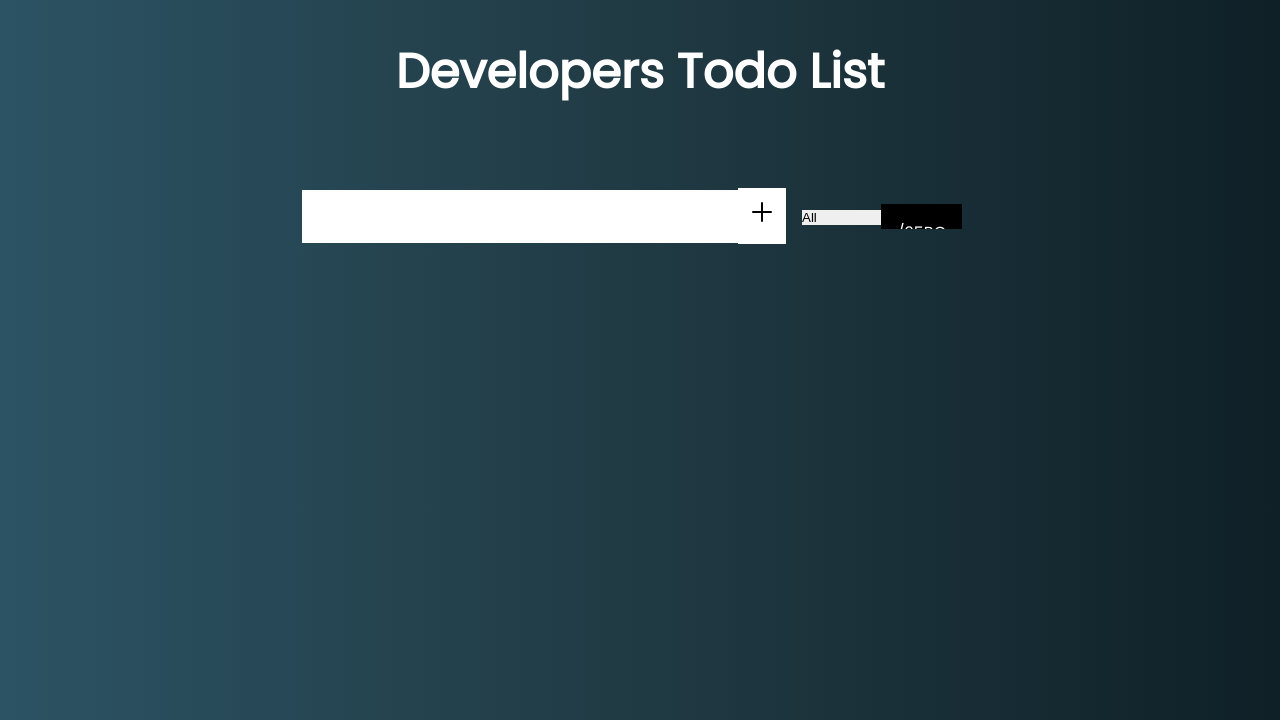
Repository: DevAntonioRogers/Vanilla-TodoList
Page: index.html
The author's editor kept a copy of each file at every save. The page is drawn from the files as they stood at one save, then again after the next save.
The browser window is 1280 px wide. The pictures show the whole page.

Above is the page before, as saved 2023-05-12 01:14:54.

### index.html
<!DOCTYPE html>
<html lang="en">
  <head>
    <meta charset="UTF-8" />
    <meta http-equiv="X-UA-Compatible" content="IE=edge" />
    <meta name="viewport" content="width=device-width, initial-scale=1.0" />
    <link rel="preconnect" href="https://fonts.googleapis.com" />
    <link rel="preconnect" href="https://fonts.gstatic.com" crossorigin />
    <link href="https://fonts.googleapis.com/css2?family=Poppins&display=swap" rel="stylesheet" />
    <link rel="stylesheet" href="style.css" />
    <title>To-do</title>
  </head>
  <body>
    <header>
      <h1>Developers Todo List</h1>
    </header>
    <form action="">
      <input type="text" class="todo-input" />
      <button class="todo-button">
        <ion-icon name="add-outline"></ion-icon>
      </button>
      <div class="select">
        <select name="todos" class="filter-todo">
          <option value="all">All</option>
          <option value="completed">Completed</option>
          <option value="uncompleted">Uncompleted</option>
        </select>
      </div>
    </form>

    <div class="todo-container">
      <ul class="todo-list"></ul>
    </div>

    <script type="module" src="https://unpkg.com/ionicons@7.1.0/dist/ionicons/ionicons.esm.js"></script>
    <script nomodule src="https://unpkg.com/ionicons@7.1.0/dist/ionicons/ionicons.js"></script>
    <script src="app.js"></script>
  </body>
</html>

### style.css
* {
  padding: 0;
  box-sizing: border-box;
  margin: 0;
}

body {
  background: #0f2027;
  background: -webkit-linear-gradient(to right, #2c5364, #203a43, #0f2027);
  background: linear-gradient(to right, #2c5364, #203a43, #0f2027);
  color: white;
  font-family: "Poppins", sans-serif;
  min-height: 100vh;
}

header {
  font-size: 1.5rem;
}

header,
form {
  min-height: 20vh;
  display: flex;
  align-items: center;
  justify-content: center;
}

form input,
form button {
  padding: 0.5rem;
  font-size: 2rem;
  background-color: white;
  border: none;
}

form button {
  color: black;
  cursor: pointer;
  background-color: white;
}

.todo-container {
  display: flex;
  justify-content: center;
  align-items: center;
}

.todo-list {
  min-width: 30%;
  list-style: none;
}

.todo {
  margin: 0.5rem;
  background-color: white;
  color: black;
  font-size: 1.5rem;
  display: flex;
  justify-content: space-between;
  align-items: center;
  transition: all 0.5s ease;
}

.todo li {
  flex: 1;
}

.delete-btn,
.complete-btn {
  background-color: rgb(63, 62, 62);
  color: white;
  border: none;
  padding: 1rem;
  cursor: pointer;
  font-size: 1rem;
}

.complete-btn {
  background-color: rgb(57, 127, 57);
}

.todo-item {
  padding: 0rem 0.5rem;
}

.completed {
  text-decoration: line-through;
  opacity: 0.5;
}

.fall {
  transform: translateY(8rem) rotateZ(20deg);
  opacity: 0;
}

select {
  appearance: none;
  outline: none;
  border: none;
}

.select {
  margin: 1rem;
  position: relative;
  overflow: hidden;
}

select {
  color: black;
  width: 10rem;
  cursor: pointer;
}

.select::after {
  content: "/25BC";
  position: absolute;
  background-color: black;
  top: 0;
  right: 0;
  padding: 1rem;
  pointer-events: none;
}

### app.js
const todoInput = document.querySelector('.todo-input')
const todoButton = document.querySelector('.todo-button')
const todoList = document.querySelector('.todo-list')


todoButton.addEventListener('click', (e) => {
  e.preventDefault()
  const todoDiv = document.createElement('div')
  todoDiv.classList.add('todo')
  const newTodo = document.createElement('li')
  newTodo.innerText = todoInput.value
  newTodo.classList.add('todo-item')
  todoDiv.appendChild(newTodo)
  console.log(newTodo)

  const completedButton = document.createElement('button')
  completedButton.innerHTML = '<ion-icon name="checkmark-outline"></ion-icon>'
  completedButton.classList.add('complete-btn')
  todoDiv.appendChild(completedButton)

  const deleteButton = document.createElement('button')
  deleteButton.innerHTML = '<ion-icon name="close-outline"></ion-icon>'
  deleteButton.classList.add('delete-btn')
  todoDiv.appendChild(deleteButton)

  todoList.appendChild(todoDiv)

  todoInput.value = ''
})

todoList.addEventListener('click', (e) => {
  const item = e.target

  if (item.classList[0] === 'delete-btn') {
    const todo = item.parentElement
    todo.classList.add('fall')
    todo.addEventListener('transitionend', () => {
      todo.remove()
    })
  }

  if (item.classList[0] === 'complete-btn') {
    const todo = item.parentElement
    todo.classList.toggle('completed')
  }
})

After the next save:
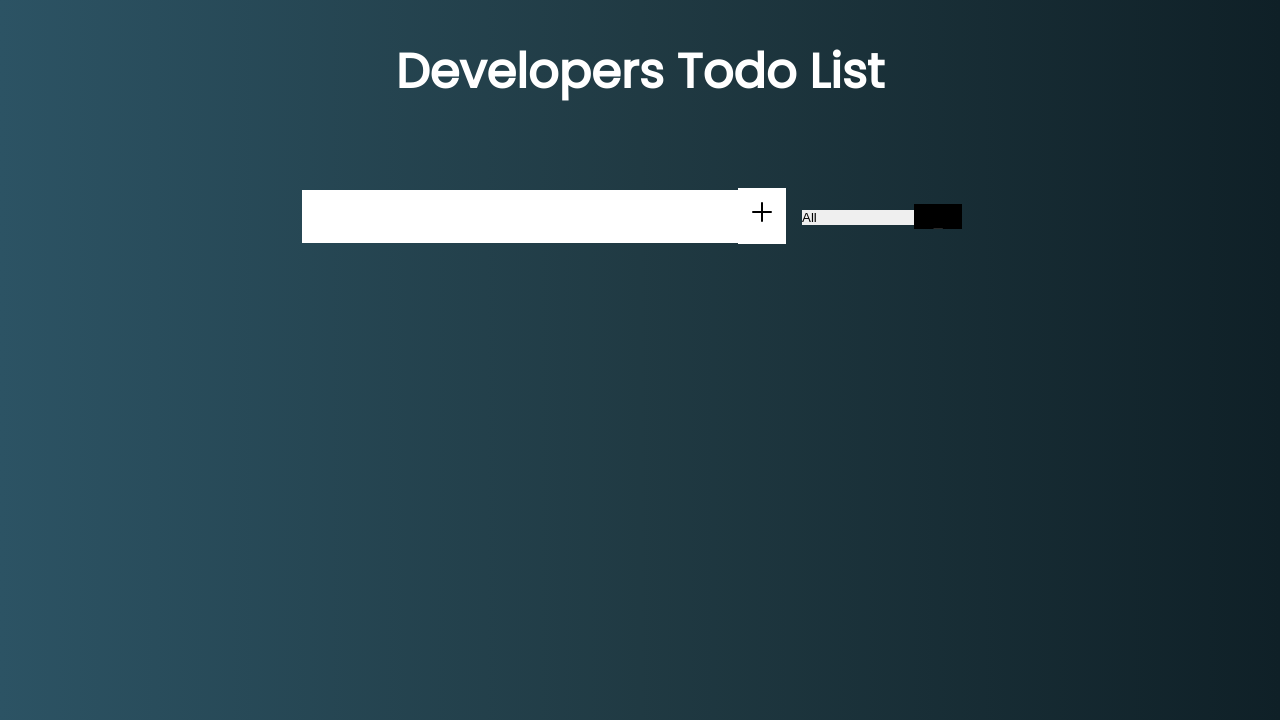
Saved 21 s later.
--- a/style.css
+++ b/style.css
@@ -112,7 +112,7 @@ select {
 }
 
 .select::after {
-  content: "/25BC";
+  content: "\25BC";
   position: absolute;
   background-color: black;
   top: 0;
